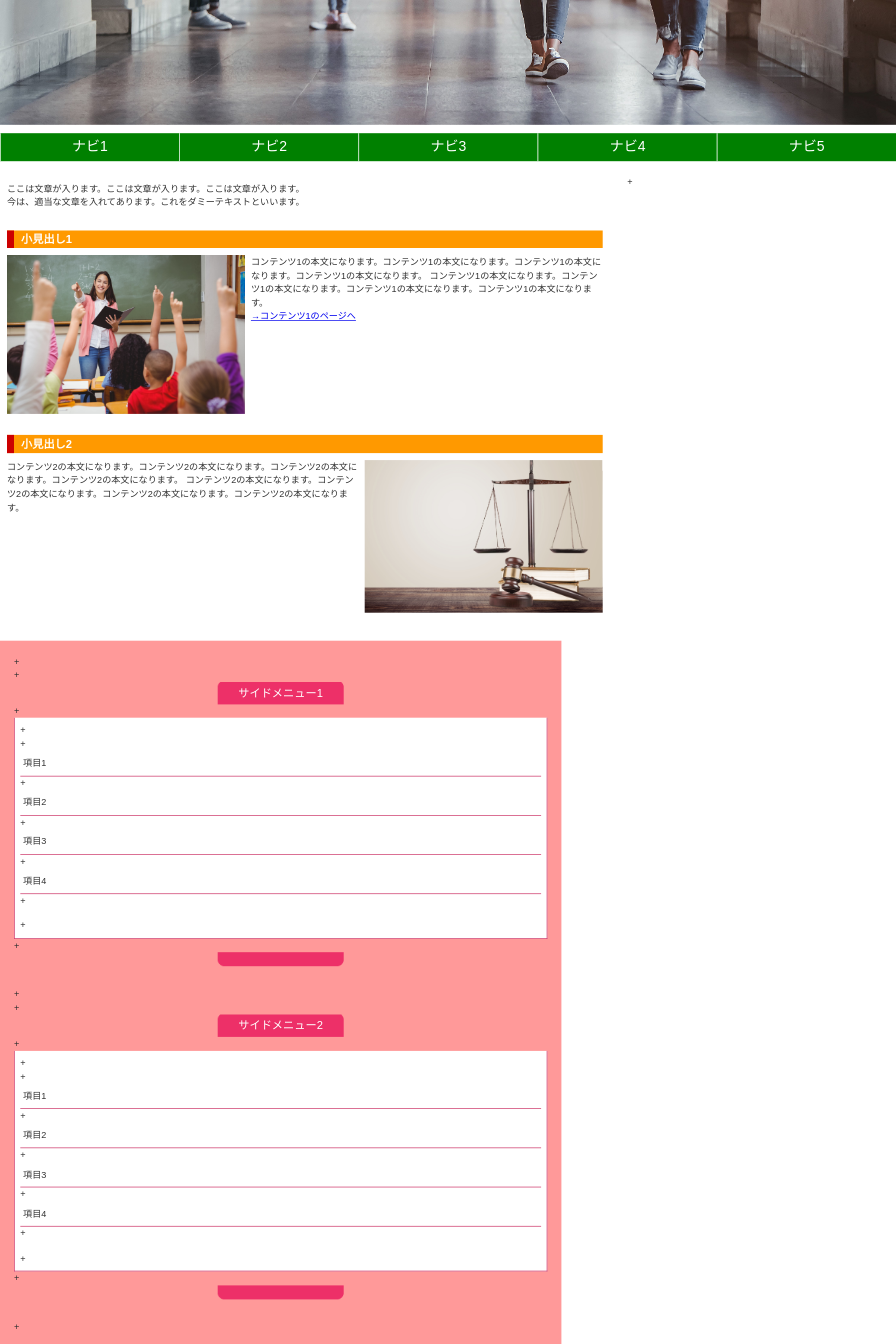
Repository: hikaru1226/samurai_HTML-CSS
Page: home.html
The author's editor kept a record of every edit. The page is drawn from the files as they stood at one moment, then again after the next edit.
The browser window is 1280 px wide. The pictures show the part of the page from y = 676 to 2596 px (the page is 2643 px tall before and 1632 px after), at 70% of full size.

Above is the page before.

After the next edit:
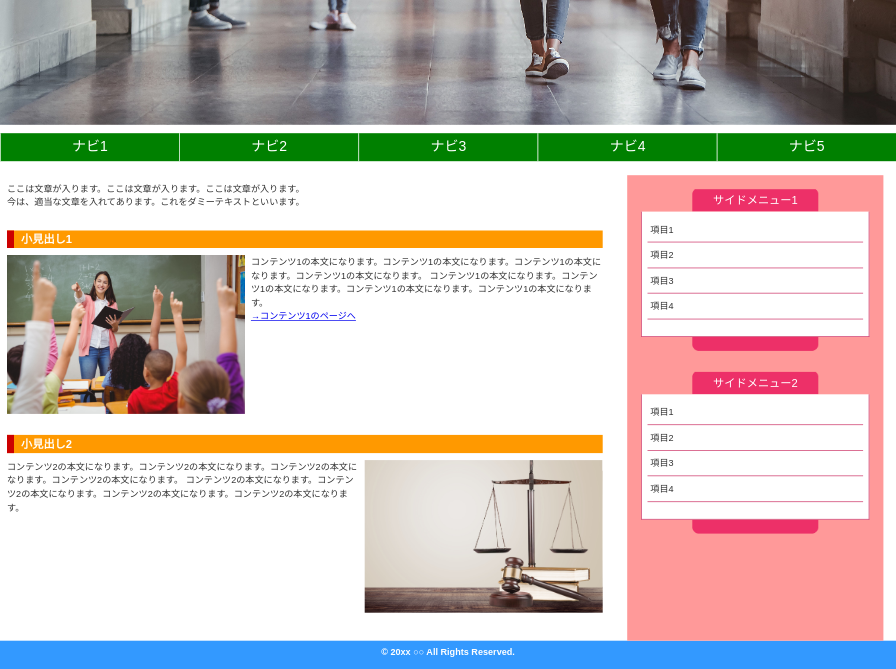
The edit:
--- a/home.html
+++ b/home.html
@@ -42,30 +42,30 @@
                         </p>
                     </div>
                 </div>
-+                <div id="side">
-+                    <div class="box">
-+                        <h2>サイドメニュー1</h2>
-+                        <div class="boxBody">
-+                            <ul>
-+                                <li>項目1</li>
-+                                <li>項目2</li>
-+                                <li>項目3</li>
-+                                <li>項目4</li>
-+                            </ul>
-+                        </div>
-+                    </div>
-+                    <div class="box">
-+                        <h2>サイドメニュー2</h2>
-+                        <div class="boxBody">
-+                            <ul>
-+                                <li>項目1</li>
-+                                <li>項目2</li>
-+                                <li>項目3</li>
-+                                <li>項目4</li>
-+                            </ul>
-+                        </div>
-+                    </div>
-+                </div>
+                <div id="side">
+                    <div class="box">
+                        <h2>サイドメニュー1</h2>
+                        <div class="boxBody">
+                            <ul>
+                                <li>項目1</li>
+                                <li>項目2</li>
+                                <li>項目3</li>
+                                <li>項目4</li>
+                            </ul>
+                        </div>
+                    </div>
+                    <div class="box">
+                        <h2>サイドメニュー2</h2>
+                        <div class="boxBody">
+                            <ul>
+                                <li>項目1</li>
+                                <li>項目2</li>
+                                <li>項目3</li>
+                                <li>項目4</li>
+                            </ul>
+                        </div>
+                    </div>
+                </div>
             </div>
         </div>
         <div id="footer">
